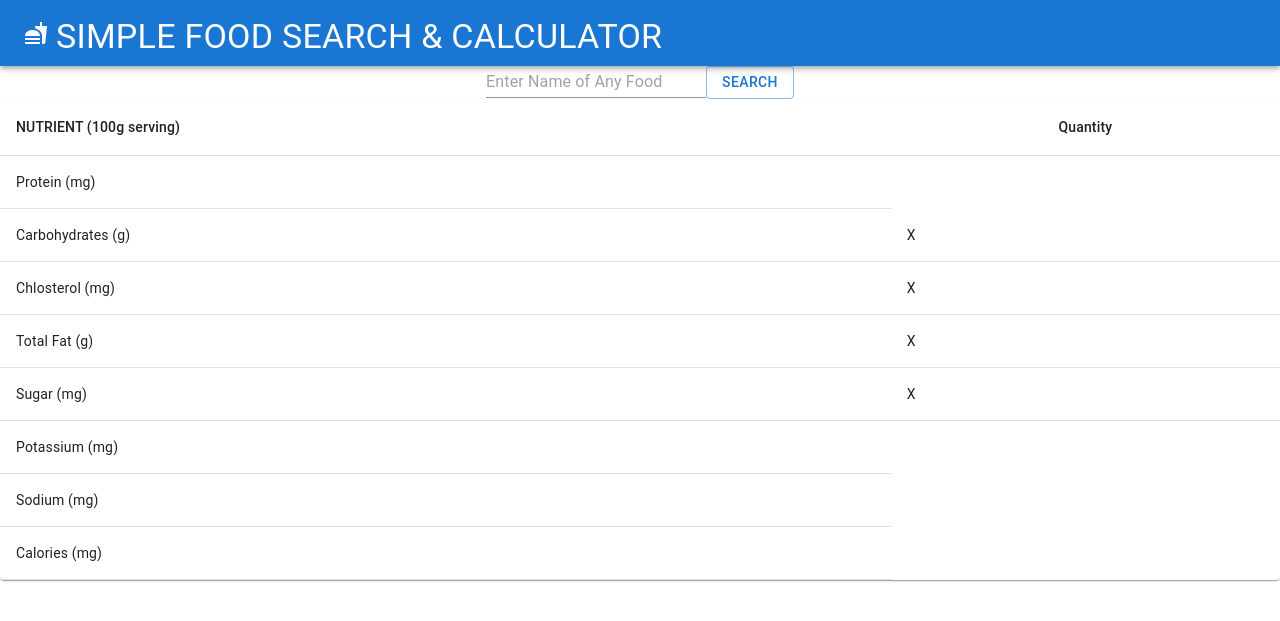
Repository: Mikerr21/Diet-Nutrition-API
Page: /
An editor plug-in stored every save of this project. The page is shown before and after the next save, followed by the edit.
The browser window is 1280 px wide. The pictures show the whole page.
The project was rebuilt for these pictures with package versions that can differ from the ones it lists, and the page was loaded fresh each time.

Above is the page before, as saved 2022-09-21 15:46:32.

### src/App.js
import React from "react";
import { useState } from "react";
import axios from "axios";
import AppBar from "@mui/material/AppBar";
import Box from "@mui/material/Box";
import Toolbar from "@mui/material/Toolbar";
import Typography from "@mui/material/Typography";
import IconButton from "@mui/material/IconButton";
import FastfoodIcon from "@mui/icons-material/Fastfood";
import { CssBaseline } from "@mui/material";
import { FastForward } from "@mui/icons-material";
import TextField from "@mui/material/TextField";
import Grid from "@mui/material/Grid";
import Button from "@mui/material/Button";
import { Input } from '@mui/material';
import Table from '@mui/material/Table';
import TableBody from '@mui/material/TableBody';
import TableCell from '@mui/material/TableCell';
import TableContainer from '@mui/material/TableContainer';
import TableHead from '@mui/material/TableHead';
import TableRow from '@mui/material/TableRow';
import Paper from '@mui/material/Paper';




/**
	 *
	 *
	 * Fetch nutrient information of a given food
	 */


function App() {
  const [name, setName] = useState('');
	const [res, setRes] = useState(null);
  const fetchNutrients = async e => {
    e.preventDefault();
    try {
      const res = await axios.get(`/api/nutrient`, {
        params: {
          name
        }
      });
      setRes(res.data.items[0]);
    } catch (err) {
      console.log(err);
    }
  };



  return (
    <div className="App">
      <CssBaseline />
      <AppBar position="static">
        <Toolbar variant="dense" color="black">
          <FastfoodIcon />
          <Box m={1} pt={1}>
            <Typography
              variant="h4"
              color="white"
              align="center"
              component="div"
            >
              SIMPLE FOOD SEARCH & CALCULATOR
            </Typography>
          </Box>
        </Toolbar>
      </AppBar>
      <Box
        display="flex"
        justifyContent="center"
        alignItems="center"
        minHeight="3vh"
      >

        <Input placeholder="Enter Name of Any Food" onChange={e => setName(e.target.value)}></Input>
        <Button
          onClick={fetchNutrients}
          sx={{
            height: 33,
          }}
          variant="outlined"
        >
          Search
        </Button>
      </Box>

    <Box
        display="flex"
        justifyContent="center"
        alignItems="center"
        minHeight="10vh"

      >
        <TableContainer component={Paper}>
      <Table sx={{ minWidth: 650 }} aria-label="simple table">
        <TableHead>
          <TableRow>
            <TableCell>NUTRIENT (100g serving)</TableCell>
            <TableCell align="center">Quantity</TableCell>
          </TableRow>
        </TableHead>
        <TableBody>
        <TableRow>
									<TableCell>
										Protein (mg)
									</TableCell>
								</TableRow>
                <TableRow>
									<TableCell>
										Carbohydrates (g)
									</TableCell>
                  <TableCell>
										X
									</TableCell>
								</TableRow>
                <TableRow>
									<TableCell>
										Chlosterol (mg)
									</TableCell>
                  <TableCell>
										X
									</TableCell>
								</TableRow>
                <TableRow>
									<TableCell>
										Total Fat (g)
									</TableCell>
                  <TableCell>
										X
									</TableCell>
								</TableRow>
                <TableRow>
									<TableCell>
										Sugar (mg)
									</TableCell>
                  <TableCell>
										X
									</TableCell>
								</TableRow>
                <TableRow>
									<TableCell>
										Potassium (mg)
									</TableCell>
								</TableRow>
                <TableRow>
									<TableCell>
										Sodium (mg)
									</TableCell>
								</TableRow>
        <TableRow>
									<TableCell>
										Calories (mg)
									</TableCell>
								</TableRow>
        </TableBody>
      </Table>
    </TableContainer>
      </Box>
    </div>
  );
}

export default App;

Loaded but not shown: public/index.html (common file); src/index.js (common file)

After the next save:
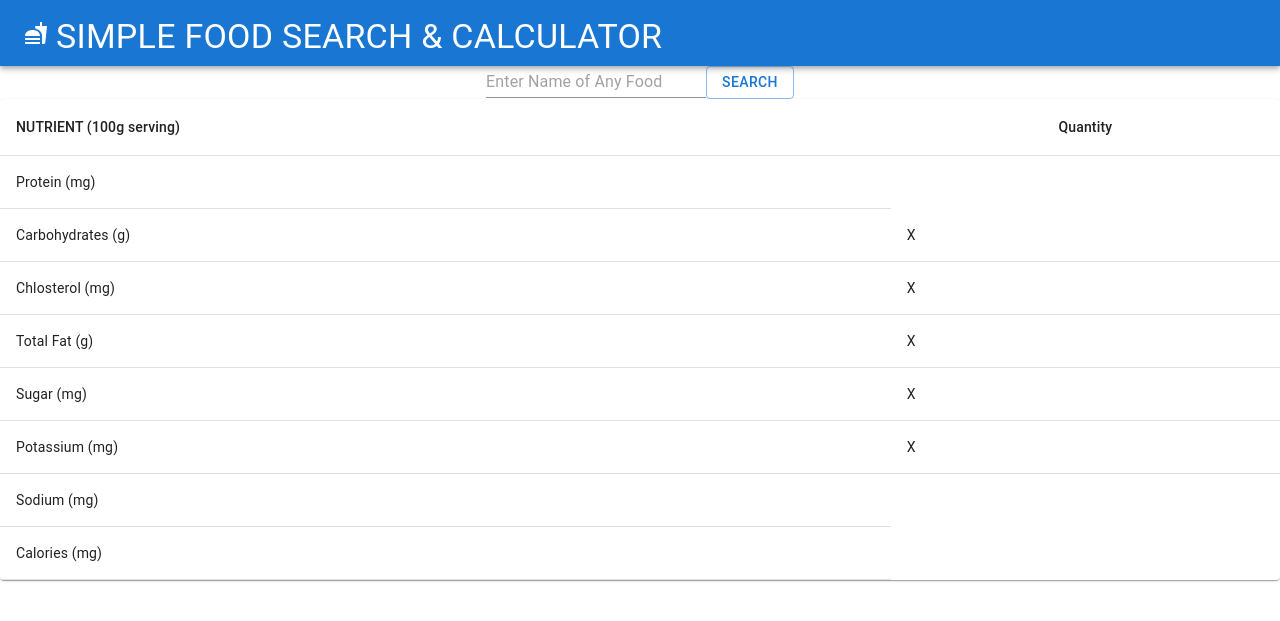
Saved 4 s later.
--- a/src/App.js
+++ b/src/App.js
@@ -144,6 +144,9 @@ function App() {
 									<TableCell>
 										Potassium (mg)
 									</TableCell>
+                  <TableCell>
+										X
+									</TableCell>
 								</TableRow>
                 <TableRow>
 									<TableCell>
